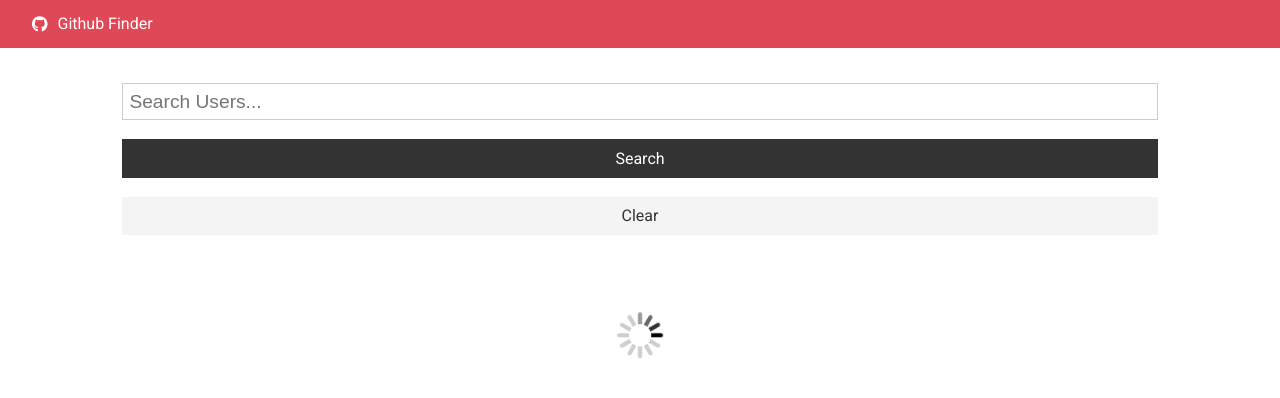
Repository: priyavmehta/Github-Finder
Page: /
The author's editor kept a copy of each file at every save. The page is drawn from the files as they stood at one save, then again after the next save.
The browser window is 1280 px wide. The pictures show the whole page.
The page's requests for data from a server got no answer. Some web libraries are served in a nearby version. The project was rebuilt for these pictures with package versions that can differ from the ones it lists, and the page was loaded fresh each time. No one was signed in, and anything a server would have sent is missing. Also part of the build but not shown: src/components/users/UserProfile.js.

Above is the page before, as saved 2020-07-04 20:27:14.

### public/index.html
<!DOCTYPE html>
<html lang="en">
  <head>
    <meta charset="utf-8" />
    <link rel="icon" href="%PUBLIC_URL%/favicon.ico" />
    <meta name="viewport" content="width=device-width, initial-scale=1" />
    <meta name="theme-color" content="#000000" />
    <meta
      name="description"
      content="Web site created using create-react-app"
    />
    <link rel="apple-touch-icon" href="%PUBLIC_URL%/logo192.png" />
    <!--
      manifest.json provides metadata used when your web app is installed on a
      user's mobile device or desktop. See https://developers.google.com/web/fundamentals/web-app-manifest/
    -->
    <link rel="manifest" href="%PUBLIC_URL%/manifest.json" />
    <script src="https://kit.fontawesome.com/c3f9cf1e2c.js" crossorigin="anonymous"></script>

    <title>Github Finder</title>
  </head>
  <body>
    <noscript>You need to enable JavaScript to run this app.</noscript>
    <div id="root"></div>

  </body>
</html>

### src/App.js
import React,{ Component } from 'react';
import './App.css';
import Navbar from './components/layout/Navbar';
import Users from './components/users/Users';
import axios from 'axios'
import Search from './components/users/Search';


class App extends Component {

  state = {
    users : [],
    loading : false,
    clear : false
  }

  async componentDidMount () {

    this.setState({
      loading : true
    })
    const res = await axios.get(`https://api.github.com/users?client_id=${process.env.REACT_APP_GITHUB_CLIENT_ID}&client_secret=${process.env.REACT_APP_GITHUB_CLIENT_SECRET}`);
    this.setState({
      users : res.data,
      loading : false
    })
  }

  searchUsers = async (text) => {

    this.setState({
      loading : true
    })
    const res = await axios.get(`https://api.github.com/search/users?q=${text}&client_id=${process.env.REACT_APP_GITHUB_CLIENT_ID}&client_secret=${process.env.REACT_APP_GITHUB_CLIENT_SECRET}`);
    this.setState({
      users : res.data.items,
      loading : false,
      clear : true
    })
    console.log(text)
  }

  clearUsers = async () => {

    this.setState({
      loading : true
    })
    const res = await axios.get(`https://api.github.com/users?client_id=${process.env.REACT_APP_GITHUB_CLIENT_ID}&client_secret=${process.env.REACT_APP_GITHUB_CLIENT_SECRET}`);
    this.setState({
      users : res.data,
      loading : false,
      clear : false
    })

  }

  render() {
    return (
      <div className="App">
        <Navbar />

        <div className="container">
          <Search searchUsers = {this.searchUsers} clearUsers = {this.clearUsers} showClear = {this.state.clear}/>
          <Users loading = {this.state.loading} users = {this.state.users} />
        </div>
      </div>
    );
  }
}

export default App;

### src/App.css
@import url("https://fonts.googleapis.com/css?family=Roboto");

/* Global Styles */
:root {
  --primary-color: #dc3545;
  --dark-color: #333333;
  --light-color: #f4f4f4;
  --danger-color: #dc3545;
  --success-color: #28a745;
}

* {
  box-sizing: border-box;
  margin: 0;
  padding: 0;
}

body {
  font-family: "Roboto", sans-serif;
  font-size: 1rem;
  line-height: 1.6;
  background-color: #fff;
  color: #333;
}

a {
  color: var(--primary-color);
  text-decoration: none;
}

a:hover {
  color: #666;
}

ul {
  list-style: none;
}

img {
  width: 100%;
}

/* Utilities */
.container {
  max-width: 1100px;
  margin: auto;
  overflow: hidden;
  padding: 0 2rem;
}

/* Text Styles*/
.x-large {
  font-size: 4rem;
  line-height: 1.2;
  margin-bottom: 1rem;
}

.large {
  font-size: 3rem;
  line-height: 1.2;
  margin-bottom: 1rem;
}

.lead {
  font-size: 1.5rem;
  margin-bottom: 1rem;
}

.text-center {
  text-align: center;
}

.text-primary {
  color: var(--primary-color);
}

.text-dark {
  color: var(--dark-color);
}

.text-success {
  color: var(--success-color);
}

.text-danger {
  color: var(--danger-color);
}

.text-center {
  text-align: center;
}

.text-right {
  text-align: right;
}

.text-left {
  text-align: left;
}

/* Center All */
.all-center {
  display: flex;
  flex-direction: column;
  width: 100%;
  margin: auto;
  justify-content: center;
  align-items: center;
  text-align: center;
}

/* Cards */
.card {
  padding: 1rem;
  border: #ccc 1px dotted;
  margin: 0.7rem 0;
}

/* List */
.list {
  margin: 0.5rem 0;
}

.list li {
  padding-bottom: 0.3rem;
}

/* Padding */
.p {
  padding: 0.5rem;
}
.p-1 {
  padding: 1rem;
}
.p-2 {
  padding: 2rem;
}
.p-3 {
  padding: 3rem;
}
.py {
  padding: 0.5rem 0;
}
.py-1 {
  padding: 1rem 0;
}
.py-2 {
  padding: 2rem 0;
}
.py-3 {
  padding: 3rem 0;
}

/* Margin */
.m {
  margin: 0.5rem;
}
.m-1 {
  margin: 1rem;
}
.m-2 {
  margin: 2rem;
}
.m-3 {
  margin: 3rem;
}
.my {
  margin: 0.5rem 0;
}
.my-1 {
  margin: 1rem 0;
}
.my-2 {
  margin: 2rem 0;
}
.my-3 {
  margin: 3rem 0;
}

/* Grid */
.grid-2 {
  display: grid;
  grid-template-columns: repeat(2, 1fr);
  grid-gap: 1rem;
}

.grid-3 {
  display: grid;
  grid-template-columns: repeat(3, 1fr);
  grid-gap: 1rem;
}

.grid-4 {
  display: grid;
  grid-template-columns: repeat(4, 1fr);
  grid-gap: 1rem;
}

.btn {
  display: inline-block;
  background: var(--light-color);
  color: #333;
  padding: 0.4rem 1.3rem;
  font-size: 1rem;
  border: none;
  cursor: pointer;
  margin-right: 0.5rem;
  transition: opacity 0.2s ease-in;
  outline: none;
}

.btn-link {
  background: none;
  padding: 0;
  margin: 0;
}

.btn-block {
  display: block;
  width: 100%;
}

.btn-sm {
  font-size: 0.8rem;
  padding: 0.3rem 1rem;
  margin-right: 0.2rem;
}

.badge {
  display: inline-block;
  font-size: 0.8rem;
  padding: 0.2rem 0.7rem;
  text-align: center;
  margin: 0.3rem;
  background: var(--light-color);
  color: #333;
  border-radius: 5px;
}

.alert {
  padding: 0.7rem;
  margin: 1rem 0;
  opacity: 0.9;
  background: var(--light-color);
  color: #333;
}

.btn-primary,
.bg-primary,
.badge-primary,
.alert-primary {
  background: var(--primary-color);
  color: #fff;
}

.btn-light,
.bg-light,
.badge-light,
.alert-light {
  background: var(--light-color);
  color: #333;
}

.btn-dark,
.bg-dark,
.badge-dark,
.alert-dark {
  background: var(--dark-color);
  color: #fff;
}

.btn-danger,
.bg-danger,
.badge-danger,
.alert-danger {
  background: var(--danger-color);
  color: #fff;
}

.btn-success,
.bg-success,
.badge-success,
.alert-success {
  background: var(--success-color);
  color: #fff;
}

.btn-white,
.bg-white,
.badge-white,
.alert-white {
  background: #fff;
  color: #333;
  border: #ccc solid 1px;
}

.btn:hover {
  opacity: 0.8;
}

.bg-light,
.badge-light {
  border: #ccc solid 1px;
}

.round-img {
  border-radius: 50%;
}

/* Forms */
input {
  margin: 1.2rem 0;
}

.form-text {
  display: block;
  margin-top: 0.3rem;
  color: #888;
}

input[type="text"],
input[type="email"],
input[type="password"],
input[type="date"],
select,
textarea {
  display: block;
  width: 100%;
  padding: 0.4rem;
  font-size: 1.2rem;
  border: 1px solid #ccc;
}

input[type="submit"],
button {
  font: inherit;
}

table th,
table td {
  padding: 1rem;
  text-align: left;
}

table th {
  background: var(--light-color);
}

/* Navbar */
.navbar {
  display: flex;
  justify-content: left;
  align-items: center;
  padding: 0.7rem 2rem;
  z-index: 1;
  width: 100%;
  opacity: 0.9;
  margin-bottom: 1rem;
}

.navbar ul {
  display: flex;
}

.navbar a {
  color: #fff;
  padding: 0.45rem;
  margin: 0 0.25rem;
}

.navbar a:hover {
  color: var(--light-color);
}

.navbar .welcome span {
  margin-right: 0.6rem;
}

/* Mobile Styles */
@media (max-width: 700px) {
  .hide-sm {
    display: none;
  }

  .grid-2,
  .grid-3,
  .grid-4 {
    grid-template-columns: 1fr;
  }

  /* Text Styles */
  .x-large {
    font-size: 3rem;
  }

  .large {
    font-size: 2rem;
  }

  .lead {
    font-size: 1rem;
  }

  /* Navbar */
  .navbar {
    display: block;
    text-align: center;
  }

  .navbar ul {
    text-align: center;
    justify-content: center;
  }
}

### src/components/layout/Navbar.js
import React from 'react'
import PropTypes from 'prop-types'

const Navbar = ({icon, title}) => {

    return (
        <nav className = "navbar bg-primary">
            <i className ={icon} style = {{marginRight : 10 + 'px'}}/>
            {title}
        </nav>
    )
}

Navbar.defaultProps = {
    title : "Github Finder",
    icon : "fab fa-github"
};

Navbar.propTypes = {
    title : PropTypes.string.isRequired,
    icon : PropTypes.string.isRequired
};

export default Navbar

### src/components/users/Users.js
import React from 'react';
import UserProfile from './UserProfile';
import Spinner from '../layout/Spinner';
import PropTypes from 'prop-types'

const Users = ({ users, loading }) => {

    if (loading) {
        return <Spinner />
    } else {
        return (
            <div style = {userStyle}>
                {users.map(user => (
                    <UserProfile key = {user.id} user = {user} />
                ))}
            </div>
        );
    }
}

Users.propTypes = {
    users : PropTypes.array.isRequired,
    loading : PropTypes.bool.isRequired,
}

const userStyle = {
    display: 'grid',
    gridTemplateColumns: 'repeat(3, 1fr)',
    gridGap: '1rem'
}

export default Users

### src/components/users/Search.js
import React, { Component } from 'react'
import PropTypes from 'prop-types'

class Search extends Component {

    state = {
        text : ''
    }

    onSubmit = (event) => {
        event.preventDefault()
        this.props.searchUsers(this.state.text)
        this.setState({ text : '' })
    }

    changeValue = (event) => {
        this.setState ({
            text : event.target.value
        })
    }

    static propTypes = {
        searchUsers : PropTypes.func.isRequired,
        clearUsers : PropTypes.func.isRequired,
    }

    render() {
        return (
            <div>
                <form className = "form" onSubmit = {this.onSubmit}>
                    <input
                     type = "text"
                     name = "text"
                     placeholder = "Search Users..."
                     value = {this.state.text}
                     onChange = {this.changeValue}/>
                    <input
                     type = "submit"
                     value = "Search"
                     className = "btn btn-dark btn-block" />
                </form>
                <button className = "btn btn-block btn-light" onClick = {this.props.clearUsers}>Clear</button>
            </div>
        )
    }
}

export default Search

### src/components/layout/Spinner.js
import React, { Fragment } from "react";
import spinner from "./spinner.gif";

const Spinner = () => (
  <Fragment>
    <img
      src={spinner}
      alt='Loading...'
      style={{ width: "200px", margin: "auto", display: "block" }}
    ></img>
  </Fragment>
);

export default Spinner;

Loaded but not shown: src/index.js (common file)

After the next save:
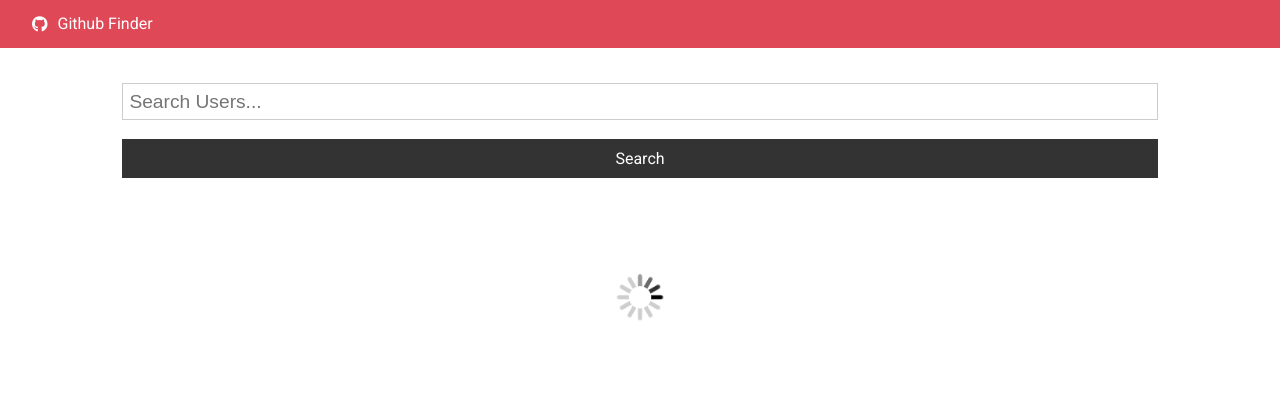
Saved 78 s later.
--- a/src/components/users/Search.js
+++ b/src/components/users/Search.js
@@ -39,7 +39,9 @@
                      value = "Search"
                      className = "btn btn-dark btn-block" />
                 </form>
-                <button className = "btn btn-block btn-light" onClick = {this.props.clearUsers}>Clear</button>
+                {this.props.showClear &&
+                (<button className = "btn btn-block btn-light" onClick = {this.props.clearUsers}>Clear</button>)
+                }
             </div>
         )
     }
